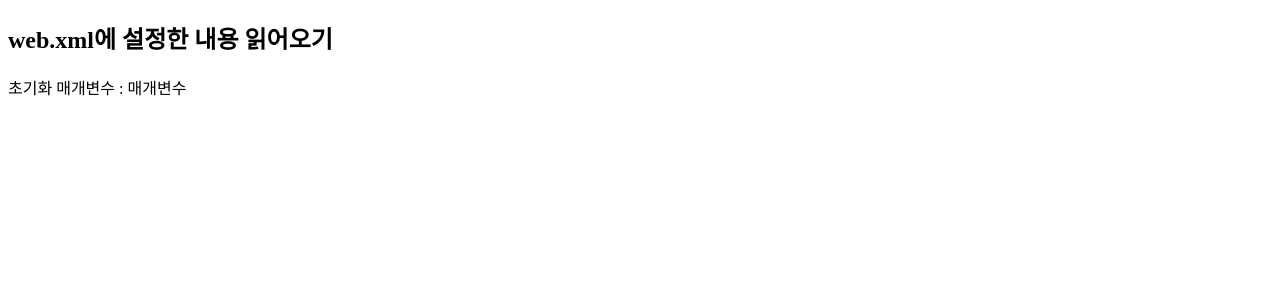
Repository: design-view/jspstudy
Page: http://localhost/GreenJsp/02implicitObject/applicationex.jsp
These files come from the project's save history. The page is drawn as it stood at one moment and after the next save; the edit follows.
The browser window is 1280 px wide. The pictures show the whole page.
The page is served by Tomcat 9.

Above is the page before, as saved 2024-01-10 05:39:19.

After the next save:
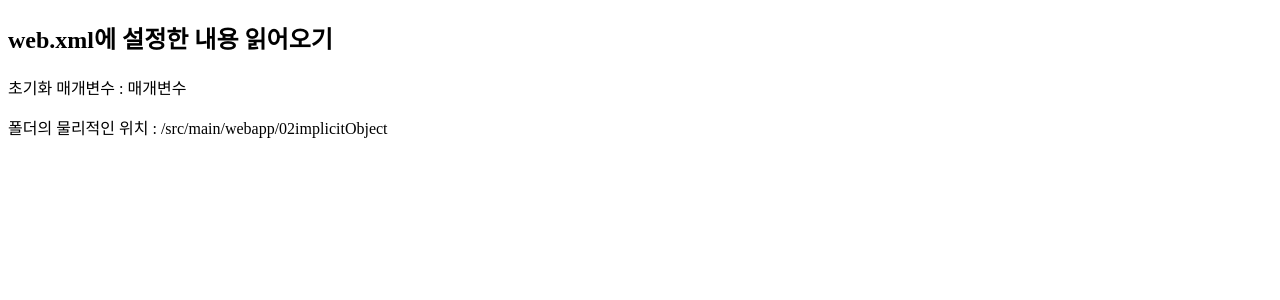
Saved 42 s later.
--- a/GreenJsp/src/main/webapp/02implicitObject/applicationex.jsp
+++ b/GreenJsp/src/main/webapp/02implicitObject/applicationex.jsp
@@ -19,5 +19,6 @@
 	%>
 	<h2>web.xml에 설정한 내용 읽어오기</h2>
 	<p>초기화 매개변수 : <%=app1%></p>
+	<p>폴더의 물리적인 위치 : <%=path%></p>
 </body>
 </html>
